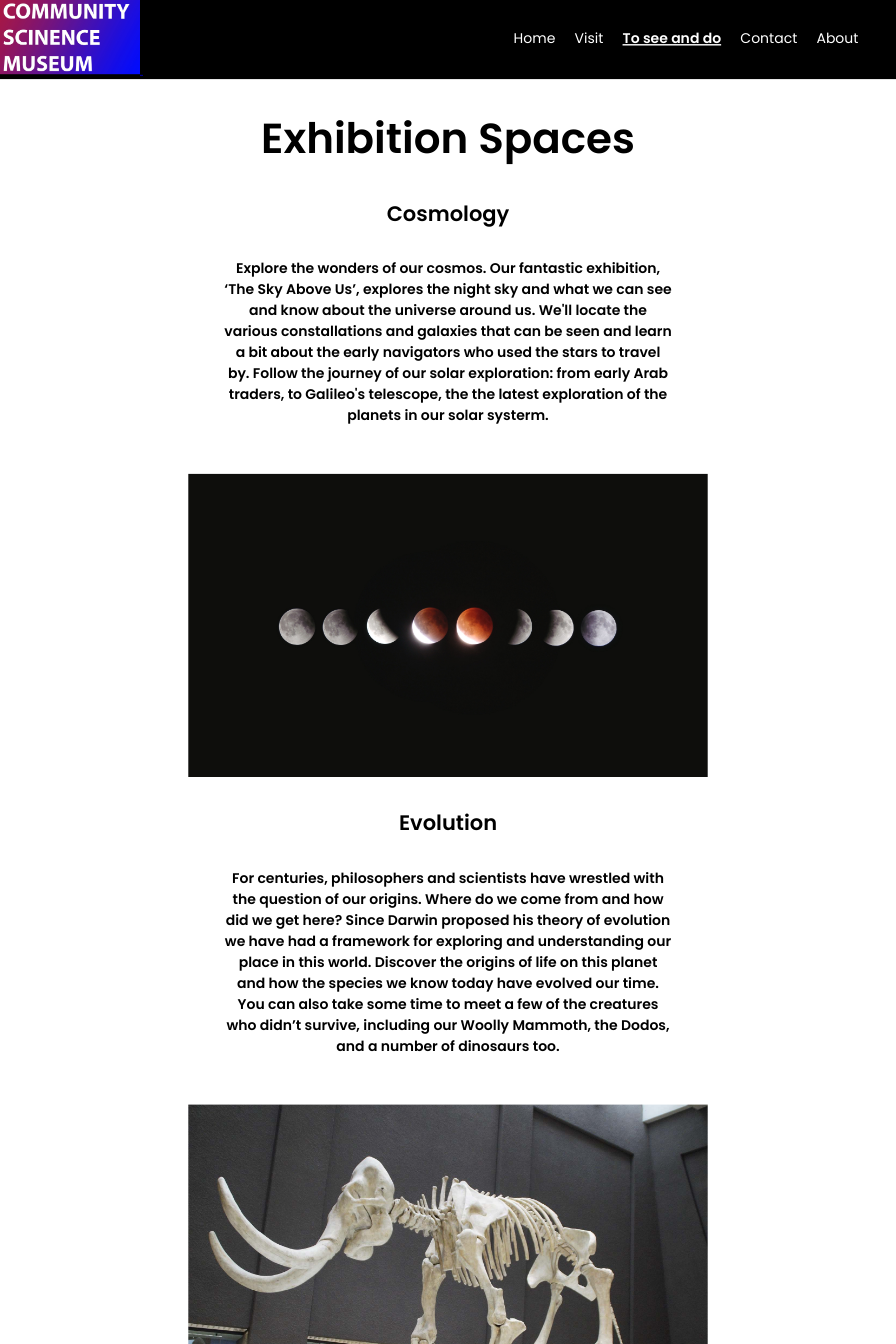
Repository: EpleWasTaken/Semester-Project
Page: to-see-and-do.html
The author's editor kept a copy of each file at every save. The page is drawn from the files as they stood at one save, then again after the next save.
The browser window is 1280 px wide. The pictures show the part of the page from y = 0 to 1920 px (the page is 5272 px tall before and 5265 px after), at 70% of full size.
Some web libraries are served in a nearby version.

Above is the page before, as saved 2020-12-12 12:58:09.

### to-see-and-do.html
<!DOCTYPE html>
<html lang="en">
<head>
    <meta charset="UTF-8">
    <meta name="viewport" content="width=device-width, initial-scale=1.0">
    <meta name="keywords" content="museum, science museum, community museum">
    <meta name="author" content="Erlend Molvik Svanevik">
    <title>CMS Contact</title>

    <link rel="preconnect" href="https://fonts.gstatic.com">
    <link href="https://fonts.googleapis.com/css2?family=Poppins:ital,wght@0,100;0,200;0,300;0,400;0,500;0,600;1,100;1,200;1,300;1,400;1,500;1,600&display=swap" rel="stylesheet">
    <link rel="stylesheet" href="./css/styles.css">
    <link rel="stylesheet" href="./css/footer.css">
    <link rel="stylesheet" href="/css/hamburger.css">
    <script src="https://kit.fontawesome.com/cafca22d75.js" crossorigin="anonymous"></script>
</head>


<!--NAVIGAION, LOGO AND SEARCH BAR-->


<body>
    <header>
        <a href="index.html" aria-label="Go to frontpage">
            <img src="/Images/CommunityScienceMuseum.jpg" class="logo" alt="Community Science Museum logo">
        </a>
        <label class="hamburger-label" for="hamburger-menu" aria-label="Hamburger menu for navigation"><i class="fas fa-bars fa-2x"></i></label>
        <input type="checkbox" id="hamburger-menu">
        <nav>
            <ul class="nav">
                <li><a href="index.html" aria-label="Go to home page">Home</a></li>
                <li><a href="visit.html" aria-label="Go to the visit page">Visit</a></li>
                <li><a href="to-see-and-do.html" aria-label="Go to: To see and do" class="active">To see and do</a></li>
                <li><a href="contact.html" aria-label="Go to the contact page">Contact</a></li>
                <li><a href="about.html" aria-label="Go to the about page">About</a></li>
            </ul>
        </nav>
    </header>


<!--CONTENT-->


<main>
    <div class="exhibition-container">
        <div class="exhibition-text">
            <h1>Exhibition Spaces</h1>
        </div>
        <div>
            <h3>Cosmology</h3>
            <p>Explore the wonders of our cosmos. Our fantastic exhibition, ‘The Sky Above Us’, explores the night sky and what we can see and know about the universe around us. We'll locate the various constallations and galaxies that can be seen and learn a bit about the early navigators who used the stars to travel by. Follow the journey of our solar exploration: from early Arab traders, to Galileo's telescope, the the latest exploration of the planets in our solar systerm.</p>
            <img src="./Images/200kbspace.jpg" class="space">
        </div>
        <div>
            <h3>Evolution</h3>
            <p>For centuries, philosophers and scientists have wrestled with the question of our origins.
             Where do we come from and how did we get here? Since Darwin proposed his theory of evolution we have had a framework for exploring and understanding our place in this world.
             Discover the origins of life on this planet and how the species we know today have evolved our time.
             You can also take some time to meet a few of the creatures who didn’t survive, including our Woolly Mammoth, the Dodos, and a number of dinosaurs too.
            </p>
            <img src="/Images/mammoth200kb.jpg" class="mammoth">
        </div>
        <div>
            <h3>Biology and Medecine</h3>
            <p>From micro-organisms to the human body, major breakthroughs in biology are offering us unique insights into the great wonders of the tiny world.
               For many people their life expectancy is much longer and their quality of life much improved, thanks to the growth of our understanding of medicine.
               Over a series of exhibits we explore the history of medicine and take a look at some major breakthroughs including the discovery of penicillin and the first heart transplant.
               Many of our great medicinal discoveries have come not only from the lab, but also from observing animals in the wild. Often our fellow creatures have beat us to it.
            </p>
            <img src="/Images/people-219985_1280.jpg" class="people">
        </div>
        <div>
            <h3>Robotic and AI</h3>
            <p>The information revolution is here and robotics and artificial intellegence are the science of the future.
                From useful hime applications of AI to industrial uses of robotics, the future is here.
                You can even say hello ad shake the hand of Rob the Robot.
            </p>
            <img src="Images/scientific_2040795_1280-mJKYungs200kb.jpg" class="science">
        </div>
        <div class="ant2">
            <h3>Ecology</h3>
            <p>As we learn more and more of the impact humans are having on the planet, the more important it becomes that scientists explore how to create a sustainable future not just for humans but for the whole planet.
               In our ecology section of the museum, we unpack the dangers we currently face including global warming, extinction of species, and pollution. But we also focus on the positive ways we can all contribute to a brighter future.
            </p>
            <img src="/Images/ant200kb.jpg" class="ant">
        </div>
    </div>
</main>


<!--FOOTER, TOS/LEGAL/PRIVACY-POLICY AND SOCIALS-->


    <footer class="footer">
        <div class="footer-container">
            <ul class="footer-social">
                <li>
                    <a href="#0" class="facebook"><i class="fab fa-facebook"></i></a>
                </li>
                <li>
                    <a href="#0" class="twitter"><i class="fab fa-twitter"></i></a>
                </li>
                <li>
                    <a href="#0" class="youtube"><i class="fab fa-youtube"></i></a>
                </li>
            </ul>
        </div>
        <div class="footer-container">
            <div class="footer-legal">
                <a href="#0">Legal</a>
                <a href="#0">Privacy Policy</a>
                <a href="#0">Terms of Service</a>
            </div>
            <div class="footer-copyright">
                <p>&copy; Erlend Svanevik. All rights reserved. All trademarks and registerd trademarks are the property of
                   their respective owners.</p>
            </div>
        </div>
    </footer>
</body>
</html>

### css/styles.css
* {
	margin: 0px;
	padding: 0px;
	box-sizing: border-box;
}

body {
	font-family: 'poppins', sans-serif;
	background: white;
}

nav {
	background-color: black;
}

header {
	background: black;
}

.logo {
	max-width: 100px;
}

a.fas.fa-phone,
a.fas.fa-envelope {
	display: flex;
	justify-content: center;
	align-items: center;
	font-size: 30px;
}

.contact-form {
	display: flex;
	flex-direction: column;
	justify-content: center;
	align-items: center;
	margin: auto;
}

.email {
	display: flex;
}

/* NAVIGATION/HAMBURGER MENU/CLICKEBLE
-------------------------------------------*/

/*PICTURES
-----------------------------------------------*/

.homepic,
.space,
.mammoth,
.people,
.science,
.ant {
	width: auto;
	max-width: 100%;
	height: auto;
	margin-bottom: 3vh;
}

/*TEXT/FONT/TEXT ALIGNMENY
--------------------------------------------------*/

h1 {
	display: flex;
	align-items: center;
	justify-content: center;
	margin-left: auto;
	margin-right: auto;
	font-weight: 600;
	font-size: 30px;
	margin: 40px;
	text-align: center;
}

h2 {
	display: flex;
	align-items: center;
	justify-content: center;
	margin-left: auto;
	margin-right: auto;
	font-weight: 600;
	font-size: 25px;
	margin: 40px;
	text-align: center;
}

h3 {
	display: flex;
	align-items: center;
	justify-content: center;
	font-weight: 600;
	font-size: 20px;
	margin: 40px;
	text-align: center;
}

p {
	display: flex;
	align-items: center;
	justify-content: center;
	font-weight: 600;
	font-size: 15px;
	margin: 40px;
	max-width: 70%;
	margin-left: auto;
	margin-right: auto;
	text-align: center;
}

.open-hours p {
	margin: 20px;
	margin-left: auto;
	margin-right: auto;
	align-items: center;
	justify-content: center;
	text-align: center;
}

.contact-container {
	display: flex;
	flex-direction: row;
	align-items: center;
}

.mail {
	display: flex;
	justify-content: center;
	align-items: center;
}

/* GRID Container */
.visit {
	display: flexbox;
	flex-direction: column;
}

@media screen and (min-width: 1024px) {
	body {
		font-family: 'poppins', sans-serif;
		font-weight: 400;
	}

	.logo {
		max-width: 200px;
	}

	.homepic {
		display: flex;
		flex-direction: column;
		justify-content: center;
		align-items: center;
		max-width: 1664px;
		margin-left: auto;
		margin-right: auto;
	}

	h1,
	h2,
	h3,
	p {
		display: flex;
		align-items: center;
		justify-content: center;
	}

	h1 {
		font-size: 60px;
		margin: 40px;
	}

	h2 {
		font-size: 40px;
		margin: 20px;
	}

	h3 {
		font-size: 30px;
		margin: 15px;
	}

	p {
		font-size: 20px;
		margin: 40px;
		max-width: 50%;
		margin-left: auto;
		margin-right: auto;
	}

	.space,
	.mammoth,
	.people,
	.science,
	.ant {
		display: flex;
		left: 0;
		right: 0;
		max-width: 800px;
		justify-content: center;
		align-items: center;
		margin: auto;
		padding: 4vh;
	}
}

### css/footer.css
/* FOOTER */

* {
	padding: 0;
	margin: 0;
	box-sizing: border-box;
}

footer {
	display: flex;
	flex-direction: column;
	justify-content: center;
	align-items: center;
	background-color: black;
	font-family: 'Poppins', sans-serif;
	font-weight: 600;
	padding: 10px;
}

.footer-container {
	display: flex;
	flex-direction: column;
	justify-content: center;
	align-items: center;
}

.footer-social {
	font-size: 35px;
}

.footer-social li a {
	color: white;
}

.footer-legal {
	display: flex;
	flex-direction: column;
	text-decoration: none;
	align-items: center;
	justify-content: center;
	font-size: 20px;
}

.footer-legal a {
	display: flex;
	text-decoration: none;
	flex-direction: row;
	padding: 15px;
}

.footer-social li a.facebook:hover {
	color: #3b5998;
}

.footer-social li a.twitter:hover {
	color: #00acee;
}

.footer-social li a.youtube:hover {
	color: #c4302b;
}

.footer-legal a {
	color: white;
}

.footer-legal a:hover {
	color: #008080;
}

.footer-copyright {
	display: flex;
	flex-direction: column;
	text-decoration: none;
	justify-content: center;
	align-items: center;
	text-align: center;
	font-size: 14px;
	color: #008080;
}

ul {
	list-style: none;
}

@media screen and (min-width: 1024px) {
	.footer-legal {
		display: flex;
		flex-direction: row;
		justify-content: center;
		align-items: center;
		font-size: 18px;
	}

	.footer-legal a {
		display: flex;
		flex-direction: row;
		justify-content: center;
		align-items: center;
		padding: 20px;
	}

	.footer-social {
		display: flex;
		flex-direction: row;
		justify-content: center;
		align-items: center;
		text-decoration: none;
	}

	.footer-container {
		text-decoration: none;
	}

	.footer-social li {
		display: flex;
		flex-direction: row;
		text-decoration: none;
		margin: 15px;
	}
}

### css/hamburger.css
* {
	margin: 0px;
	padding: 0px;
	box-sizing: border-box;
}

nav,
#hamburger-menu {
	display: none;
	z-index: 1;
}

nav ul {
	padding: 0px;
}

nav li {
	display: block;
}

ul a {
	margin: 40px;
	font-size: 20px;
}

nav a {
	text-decoration: none;
	color: white;
	display: block;
	justify-content: center;
	align-items: center;
}

.nav {
	display: block;
	position: absolute;
	justify-content: space-between;
	right: 0;
	top: 5;
	height: 100%;
	width: 100%;
	background-color: black;
	text-align: center;
}

.hamburger-label {
	color: #fff;
	padding: 10px;
	font: 1.5em;
	display: block;
	position: absolute;
	right: 0;
	top: 0px;
}

.active {
	font-weight: 600;
	text-decoration: underline;
}

#hamburger-menu:checked ~ nav {
	display: flex;
}

@media screen and (min-width: 1024px) {
	nav {
		display: inline-block;
	}

	.active {
		font-weight: 600;
		text-decoration: underline;
	}

	.hamburger-label {
		display: none;
	}

	nav ul {
		padding: 0px;
		color: #fff;
		font: 1.5em;
		display: flex;
		position: absolute;
		right: 0;
		top: 0px;
		min-width: 600px;
		align-items: center;
		padding: 40px;
	}

	nav li {
		display: block;
	}

	nav a {
		text-decoration: none;
		color: white;
		display: block;
	}

	.nav {
		display: flex;
		justify-content: space-around;
		text-decoration: none;
		background-color: black;
		height: auto;
		width: auto;
		margin: auto;
	}

	ul a {
		margin: auto;
	}
}

After the next save:
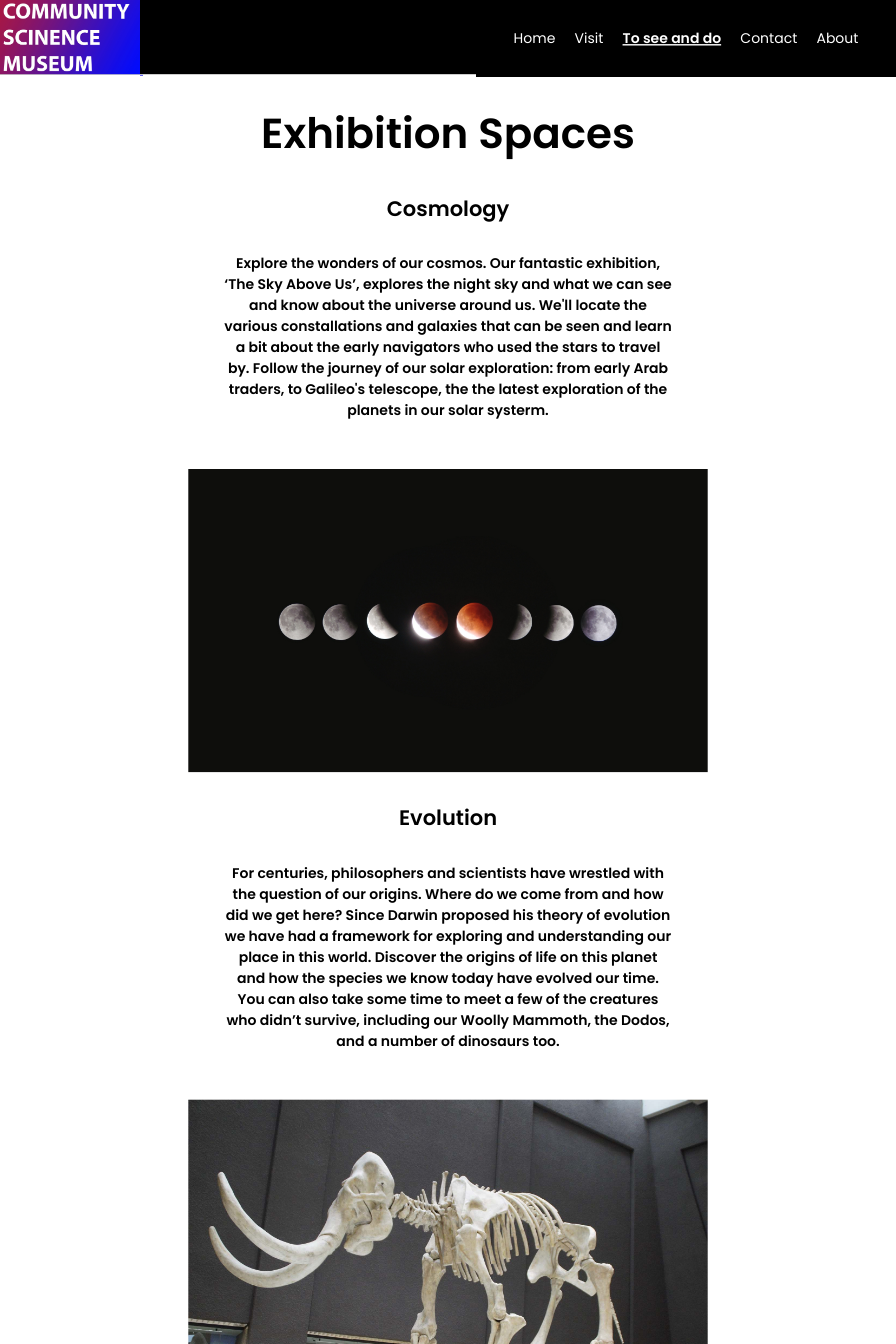
Saved 101 s later.
--- a/css/styles.css
+++ b/css/styles.css
@@ -15,6 +15,7 @@ nav {
 
 header {
 	background: black;
+	height: 106.25px;
 }
 
 .logo {
